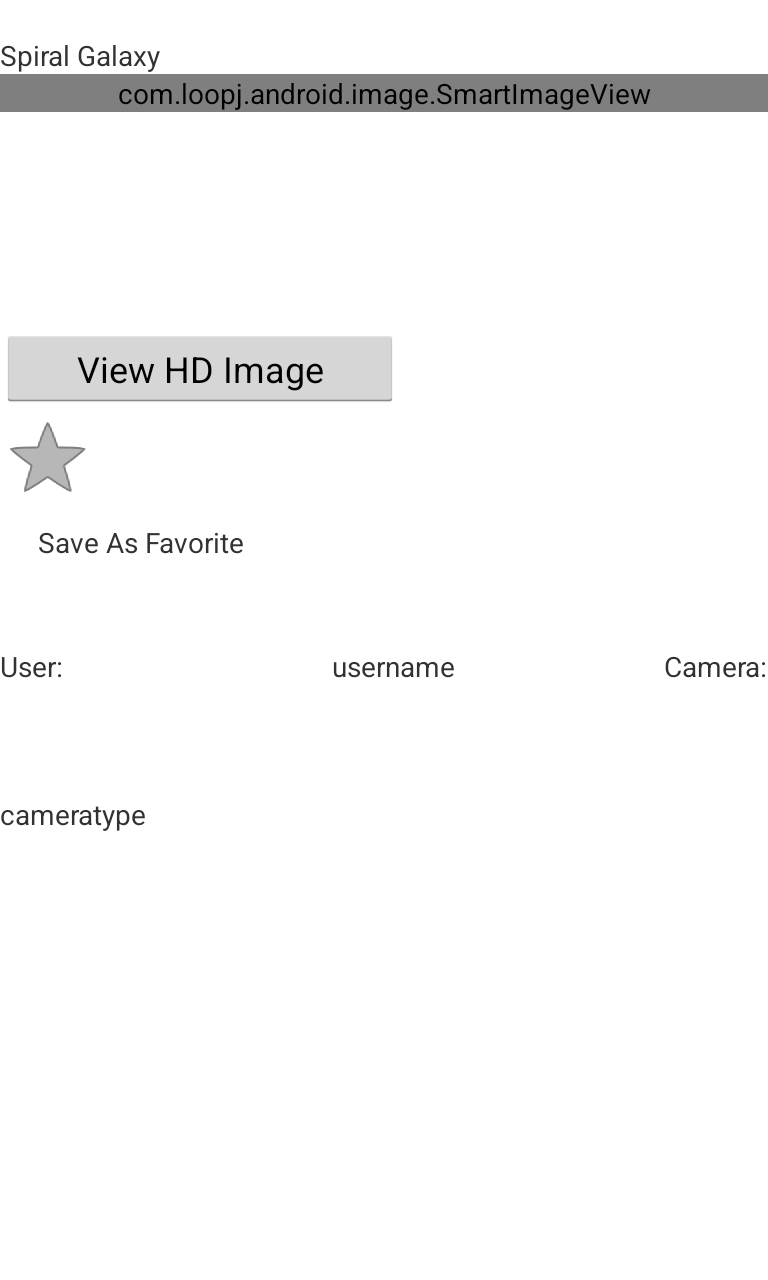
Repository: arianaantonio/Java2_Antonio
Layout: SpaceImageViewer/res/layout/details_activity.xml
An editor plug-in stored every save of this project. The layout is shown before and after the next save, followed by the edit.
Pictures or frames that could not be fetched are drawn as grey boxes. It is drawn on a 768 x 1280 px phone screen (xhdpi) without system bars, with theme AppTheme; the app's code is not run.

Above is the layout before, as saved 2014-07-17 05:34:17.

### SpaceImageViewer/res/layout/details_activity.xml
<?xml version="1.0" encoding="utf-8"?>
<LinearLayout xmlns:android="http://schemas.android.com/apk/res/android"
    android:layout_width="match_parent"
    android:layout_height="match_parent"
    android:orientation="vertical" >

    <TextView
        android:id="@+id/title"
        android:layout_width="wrap_content"
        android:layout_height="wrap_content"
        android:layout_marginTop="18dp"
        android:text="Spiral Galaxy" />

    <com.loopj.android.image.SmartImageView
        android:id="@+id/my_image"
        android:layout_width="match_parent"
        android:layout_height="wrap_content"
        android:visibility="visible" />

    <Button
        android:id="@+id/button1"
        android:layout_width="wrap_content"
        android:layout_height="wrap_content"
        android:layout_marginTop="108dp"
        android:minHeight="35dp"
        android:text="@string/HDbutton"
        android:width="200dp" />

    <RatingBar
        android:id="@+id/ratingBar"
        android:layout_width="wrap_content"
        android:layout_height="wrap_content"
        android:numStars="1"
        android:rating="0.0"
        android:stepSize="1.0" />

    <TextView
        android:id="@+id/textView1"
        android:layout_width="wrap_content"
        android:layout_height="wrap_content"
        android:layout_marginLeft="19dp"
        android:text="@string/favorite" />

    <LinearLayout
        android:id="@+id/linearLayout1"
        android:layout_width="match_parent"
        android:layout_height="wrap_content"
        android:layout_marginTop="43dp"
        android:orientation="horizontal" >

        <TextView
            android:id="@+id/user"
            android:layout_gravity="center_horizontal"
    		android:layout_marginTop="30dp"
    		android:layout_marginBottom="25dp"
    		android:layout_width="fill_parent"
    		android:layout_height="wrap_content"
    		android:layout_weight="1"
            android:text="@string/userString" />

        <TextView
            android:id="@+id/userName"
            android:layout_weight="1"
      		android:layout_width="fill_parent"
      		android:layout_height="wrap_content"
            android:text="username" />

        <TextView
            android:id="@+id/camera"
            android:layout_width="wrap_content"
            android:layout_height="wrap_content"
            android:text="@string/cameraString" />

    </LinearLayout>

    <TextView
        android:id="@+id/cameraType"
        android:layout_width="wrap_content"
        android:layout_height="wrap_content"
        android:text="cameratype" />

</LinearLayout>

### SpaceImageViewer/res/values/strings.xml
<?xml version="1.0" encoding="utf-8"?>
<resources>

    <string name="app_name">Space Image Viewer</string>
    <string name="action_settings">Settings</string>
    <string name="textview_text">List of images of spiral galaxies</string>
    <string name="detail_view">Details:</string>
    <string name="Description">Image View</string>
    <color name="Purple">#7F00FF</color>
    <color name="Grey">#D8D8D8</color>
    <color name="Aqua">#99FFFF</color>
    <string name="userString">User:</string>
    <string name="cameraString">Camera:</string>
    <string name="HDbutton">View HD Image</string>
    <string name="detailactivity">Details Activity</string>
    <string name="favorite">Save As Favorite</string>


</resources>

Loaded but not shown: SpaceImageViewer/res/values/styles.xml (common file); SpaceImageViewer/res/values-v11/styles.xml (common file); SpaceImageViewer/res/values-v14/styles.xml (common file)

After the next save:
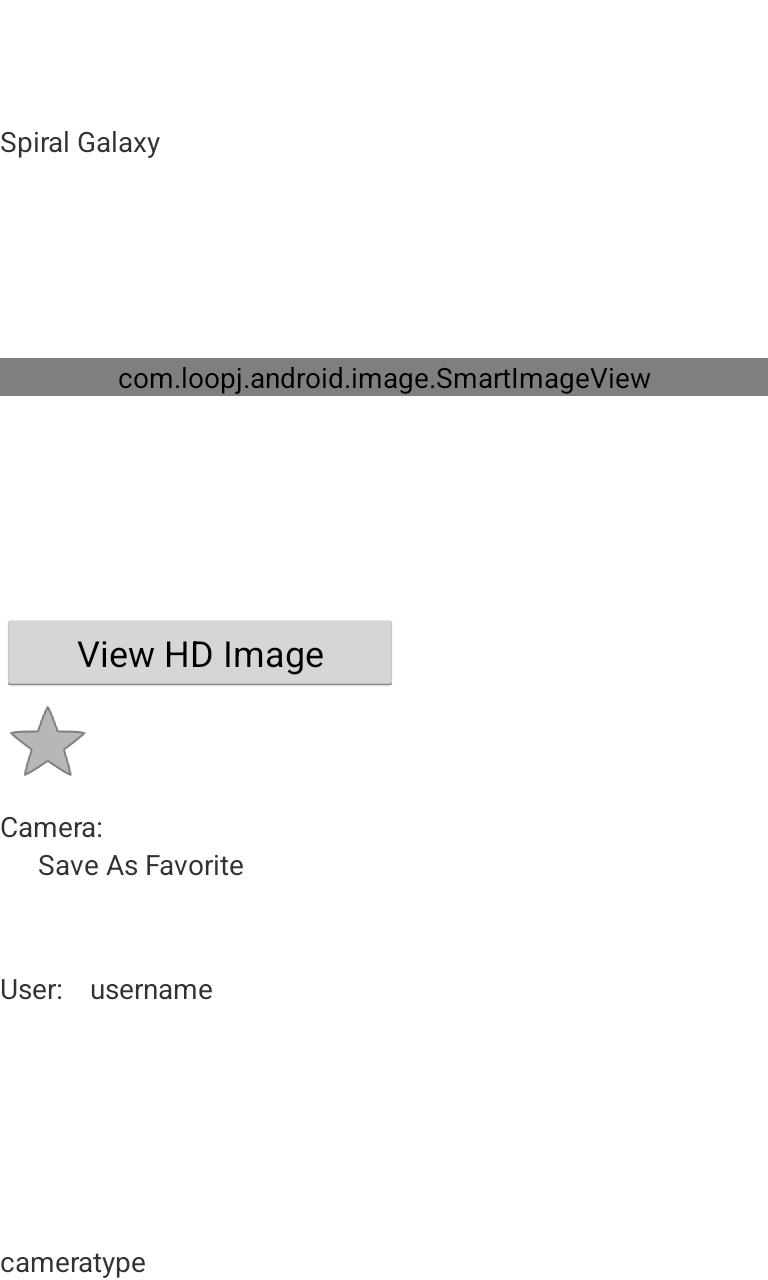
Saved 4 min 42 s later.
--- a/SpaceImageViewer/res/layout/details_activity.xml
+++ b/SpaceImageViewer/res/layout/details_activity.xml
@@ -3,14 +3,20 @@
     android:layout_width="match_parent"
     android:layout_height="match_parent"
     android:orientation="vertical" >
-
+	<LinearLayout
+        android:id="@+id/linearLayout1"
+        android:layout_width="match_parent"
+        android:layout_height="22dp"
+        android:layout_marginTop="43dp"
+        android:layout_weight="0.04"
+        android:orientation="horizontal" >
     <TextView
         android:id="@+id/title"
         android:layout_width="wrap_content"
         android:layout_height="wrap_content"
         android:layout_marginTop="18dp"
         android:text="Spiral Galaxy" />
-
+	</LinearLayout>
     <com.loopj.android.image.SmartImageView
         android:id="@+id/my_image"
         android:layout_width="match_parent"
@@ -35,6 +41,12 @@
         android:stepSize="1.0" />
 
     <TextView
+        android:id="@+id/camera"
+        android:layout_width="wrap_content"
+        android:layout_height="wrap_content"
+        android:text="@string/cameraString" />
+
+    <TextView
         android:id="@+id/textView1"
         android:layout_width="wrap_content"
         android:layout_height="wrap_content"
@@ -44,33 +56,26 @@
     <LinearLayout
         android:id="@+id/linearLayout1"
         android:layout_width="match_parent"
-        android:layout_height="wrap_content"
+        android:layout_height="22dp"
         android:layout_marginTop="43dp"
+        android:layout_weight="0.04"
         android:orientation="horizontal" >
 
         <TextView
             android:id="@+id/user"
+            android:layout_width="45dp"
+            android:layout_height="wrap_content"
             android:layout_gravity="center_horizontal"
-    		android:layout_marginTop="30dp"
-    		android:layout_marginBottom="25dp"
-    		android:layout_width="fill_parent"
-    		android:layout_height="wrap_content"
-    		android:layout_weight="1"
+            android:layout_marginBottom="25dp"
+            android:layout_marginTop="30dp"
             android:text="@string/userString" />
 
         <TextView
             android:id="@+id/userName"
+            android:layout_width="fill_parent"
+            android:layout_height="wrap_content"
             android:layout_weight="1"
-      		android:layout_width="fill_parent"
-      		android:layout_height="wrap_content"
             android:text="username" />
-
-        <TextView
-            android:id="@+id/camera"
-            android:layout_width="wrap_content"
-            android:layout_height="wrap_content"
-            android:text="@string/cameraString" />
-
     </LinearLayout>
 
     <TextView
